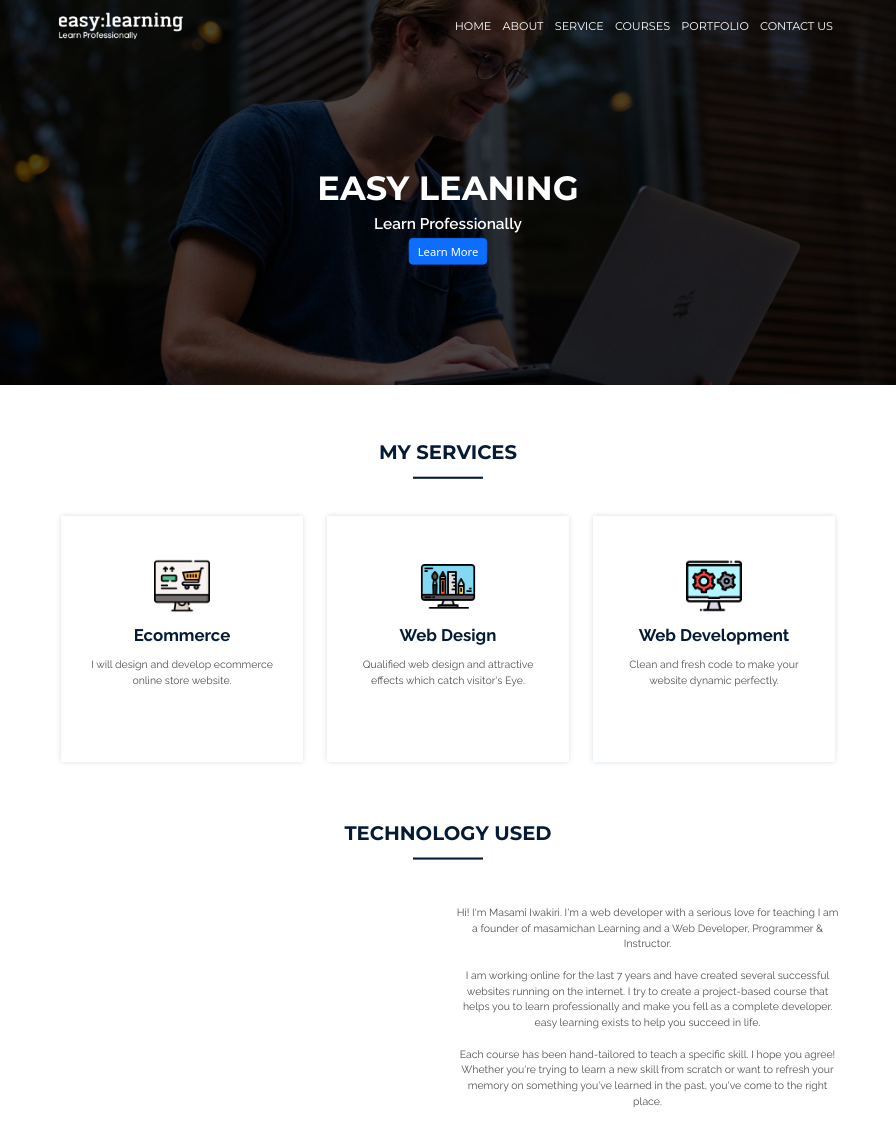
Repository: masamichan/free_video_app
Page: /
These files come from the project's save history. The page is drawn as it stood at one moment and after the next save; the edit follows.
The browser window is 1280 px wide. The pictures show the whole page, at 70% of full size.
Backgrounds fixed to the window are drawn as part of the page. The project was rebuilt for these pictures with package versions that can differ from the ones it lists, and the page was loaded fresh each time.

Above is the page before, as saved 2023-01-29 09:52:57.

After the next save:
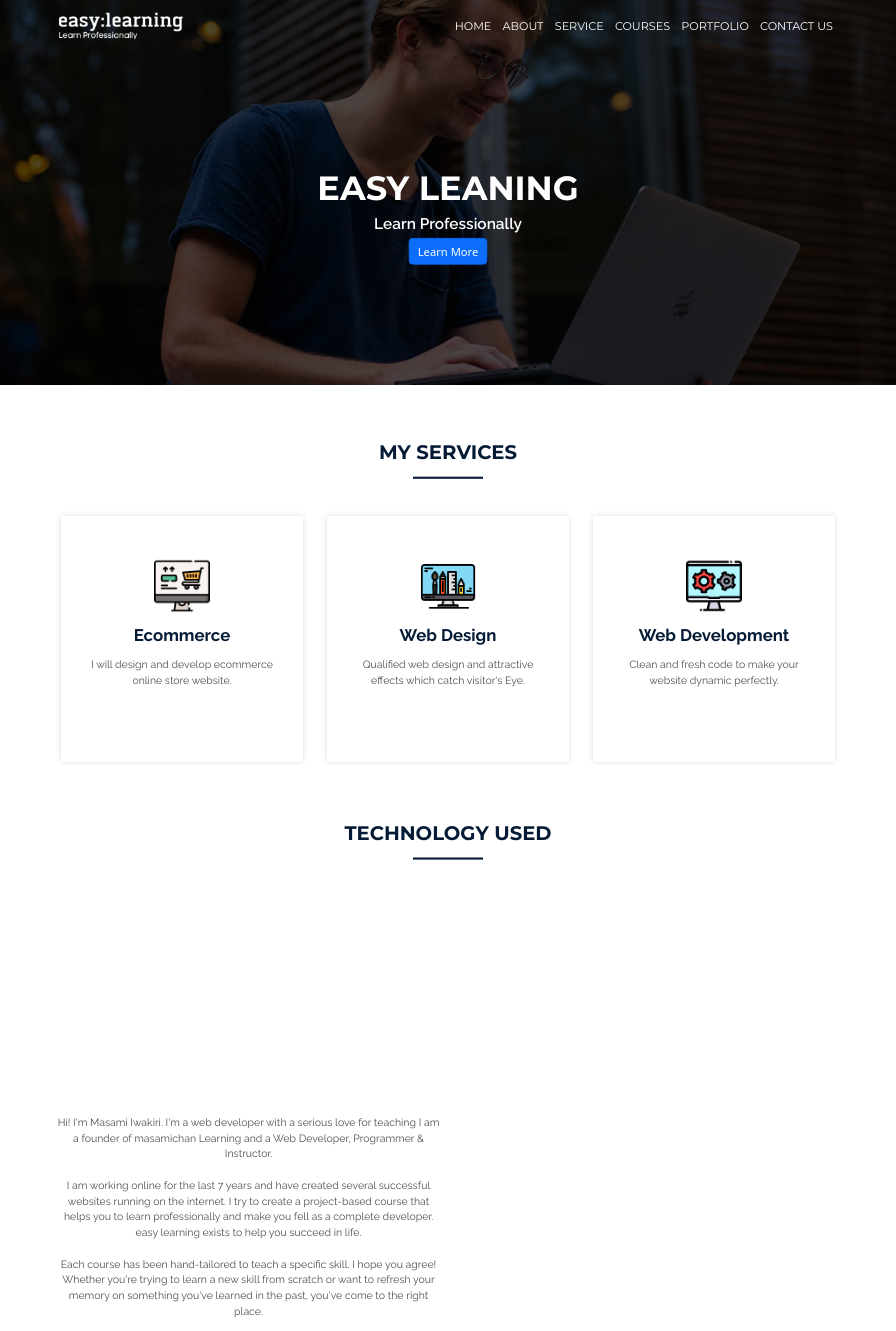
Saved 2 min 46 s later.
--- a/src/components/Analysis/Analysis.jsx
+++ b/src/components/Analysis/Analysis.jsx
@@ -27,7 +27,12 @@ export class Analysis extends Component {
           <h1 className="serviceMainTitle">TECHNOLOGY USED</h1>
           <div className="bottom"></div>
           <Row>
-            <Col lg={6} md={12} sm={12}>
+            <Col
+              style={{ width: "100%", height: "300px" }}
+              lg={6}
+              md={12}
+              sm={12}
+            >
               <ResponsiveContainer>
                 <BarChart
                   width={100}
